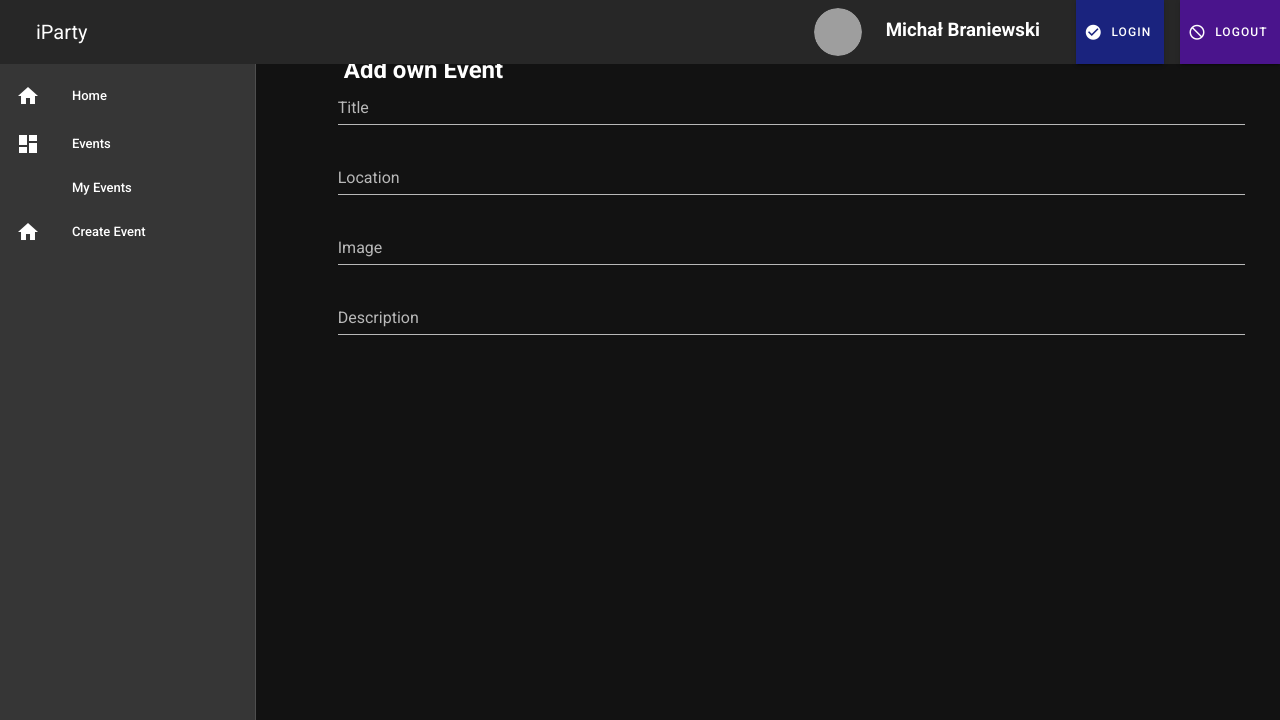
Repository: hexanek/partyapp
Page: /#/addevent
The author's editor kept a copy of each file at every save. The page is drawn from the files as they stood at one save, then again after the next save.
The browser window is 1280 px wide. The pictures show the whole page.
Pictures or frames that could not be fetched are drawn as grey boxes. The project was rebuilt for these pictures with package versions that can differ from the ones it lists, and the page was loaded fresh each time. Also part of the build but not shown: vue.config.js, src/components/Popup.vue, src/components/Gmap.vue, src/components/Home.vue.

Above is the page before, as saved 2020-01-26 14:29:42.

### public/index.html
<!DOCTYPE html>
<html lang="en">
  <head>
    <meta charset="utf-8">
    <meta http-equiv="X-UA-Compatible" content="IE=edge">
    <meta name="viewport" content="width=device-width,initial-scale=1.0">
    <link rel="icon" href="<%= BASE_URL %>favicon.ico">
    <title>party-app</title>
    <link rel="stylesheet" href="https://fonts.googleapis.com/css?family=Roboto:100,300,400,500,700,900">
    <link rel="stylesheet" href="https://cdn.jsdelivr.net/npm/@mdi/font@latest/css/materialdesignicons.min.css">
  </head>
  <body>
    <noscript>
      <strong>We're sorry but party-app doesn't work properly without JavaScript enabled. Please enable it to continue.</strong>
    </noscript>
    <div id="app"></div>
    <!-- built files will be auto injected -->
  </body>
</html>

### src/main.js
import Vue from 'vue'
import App from './App.vue'
import vuetify from './plugins/vuetify';
import store from './store'
import router from './router'

Vue.config.productionTip = false

new Vue({
  vuetify,
  store,
  router,
  render: h => h(App)
}).$mount('#app')

### src/App.vue
<template>
  <v-app>
    <navbar>
    </navbar>
    <Footer>
    </Footer>
    <router-view></router-view>
  </v-app>
</template>

<script>
import Navbar from "./components/Navbar";
import Footer from "./components/Footer";


export default {
  name: "App",

  components: {
    Navbar,
    Footer,
  },

  data: () => ({
    //
  }),
  methods: {}
};
</script>

### src/plugins/vuetify.js
import Vue from "vue";
import Vuetify from "vuetify/lib";
import VueRouter from "vue-router";
import * as VueGoogleMaps from "vue2-google-maps";

Vue.use(Vuetify);
Vue.use(VueRouter);
Vue.use(VueGoogleMaps, {
  load: {
    key: "AIzaSyB6QzBesMB_MjqmuZF1p7hpCl8gg4kMEy8",
    libraries: "places"
  }
});

export default new Vuetify({
  theme: {
    dark: true
  }
});

### src/router/index.js
import Vue from "vue";
import VueRouter from "vue-router";
import EventForm from "../components/Event/EventForm.vue";
import Home from "../components/Home.vue";

Vue.use(VueRouter);

const routes = [
  {
    path: "/",
    name: "home",
    component: Home
  },
  {
    path: "/addevent",
    name: "AddEvent",
    component: EventForm

    // route level code-splitting
    // this generates a separate chunk (about.[hash].js) for this route
    // which is lazy-loaded when the route is visited.
    //component: () => import(/* webpackChunkName: "about" */ '../views/About.vue')
  }
];

const router = new VueRouter({
  routes
});
export default router;

### src/components/Navbar.vue
<template>
    <div>
        <v-navigation-drawer
      v-model="drawer"
      app
      clipped
    >
      <v-list dense>
         <v-list-item link>
          <v-list-item-action>
            <v-icon>mdi-home</v-icon>
          </v-list-item-action>
          <v-list-item-content>
            <v-list-item-title>
              <router-link to="/" tag="span">Home</router-link></v-list-item-title>
          </v-list-item-content>
          </v-list-item>
        <v-list-item link>
          <v-list-item-action>
            <v-icon>mdi-view-dashboard</v-icon>
          </v-list-item-action>
          <v-list-item-content>
            <v-list-item-title>Events</v-list-item-title>
          </v-list-item-content>
        </v-list-item>
        <v-list-item link>
          <v-list-item-action>
            <v-icon>mdi-settings</v-icon>
          </v-list-item-action>
          <v-list-item-content>
            <v-list-item-title>My Events</v-list-item-title>
          </v-list-item-content>
        </v-list-item>
         <v-list-item link>
          <v-list-item-action>
            <v-icon>mdi-home</v-icon>
          </v-list-item-action>
          <v-list-item-content>
            <v-list-item-title>
              <router-link to="/addevent" tag="span"> Create Event</router-link>
              </v-list-item-title>
          </v-list-item-content>
        </v-list-item>
      </v-list>
    </v-navigation-drawer>
     <v-app-bar
      flat
      app
      clipped-left
    >
      <v-app-bar-nav-icon class="hidden-sm-and-up" @click.stop="drawer = !drawer" />
      <v-toolbar-title>
        <router-link to="/" tag="span" style="cursor: pointer">iParty</router-link>
        </v-toolbar-title>
      <v-spacer></v-spacer>
      <v-toolbar-items>

        <v-avatar class="ma-2">
      <img
        src="https://cdn.vuetifyjs.com/images/john.jpg"
        alt="John"
      >
    </v-avatar>
        <h3 class="ma-4">Michał Braniewski</h3>
        <v-btn small rounded class="indigo darken-4 mx-5">
          <v-icon dark left>mdi-checkbox-marked-circle</v-icon>
          Login


          </v-btn>
           <v-btn small rounded class="purple darken-4 mx-5 ml-n1 mr-n4">
          <v-icon dark left>mdi-cancel</v-icon>
          Logout


          </v-btn>
      </v-toolbar-items>


    </v-app-bar>
    </div>
</template>

<script>
export default {
  name: "Navbar",
  data: () => ({
    drawer: null
  })
};
</script>

<style lang="scss" scoped>
</style>

### src/components/Footer.vue
<template>
    <div>
        <!-- <v-footer app>
            <span>&copy; 2020</span>
        </v-footer> -->
    </div>
</template>

<script>
    export default {
        name: 'Footer',

        data: () => ({

        })
    }
</script>

<style lang="scss" scoped>

</style>

### src/components/Event/EventForm.vue
<template>
    <div class="content">
        <v-container mt-12 pt-4>
            <v-layout row>
                <v-flex xs-12 offset-sm3 center>
                    <h2>Add own Event</h2>
                </v-flex>
            </v-layout>
            <v-layout row>
                <v-flex xs-12>
                    <form>
                        <v-layout row>
                            <v-flex xs-12 offset-sm3 sm-6>
                                <v-text-field
                                name="title"
                                label="Title"
                                id="title"
                                required></v-text-field>
                            </v-flex>
                        </v-layout>
                         <v-layout row>
                            <v-flex xs-12 offset-sm3 sm-6>
                                <v-text-field
                                name="location"
                                label="Location"
                                id="location"
                                required></v-text-field>
                            </v-flex>
                        </v-layout>
                         <v-layout row>
                            <v-flex xs-12 offset-sm3 sm-3 lg-6>
                                <v-text-field
                                name="imageUrl"
                                label="Image"
                                required
                                id="image"
                                ></v-text-field>
                            </v-flex>
                        </v-layout>
                         <v-layout row>
                            <v-flex xs-12 offset-sm3 sm-6>
                                <v-text-field
                                name="description"
                                label="Description"
                                id="description"
                                required></v-text-field>
                            </v-flex>
                        </v-layout>
                    </form>
                </v-flex>
            </v-layout>
        </v-container>
    </div>
</template>

<script>
export default {
  name: "EventForm",
  data: () => ({
    return: {}
  })
};
</script>

<style lang="scss" scoped>
.content {
  justify-content: center;
}
</style>

Loaded but not shown: src/store/index.js (common file)

After the next save:
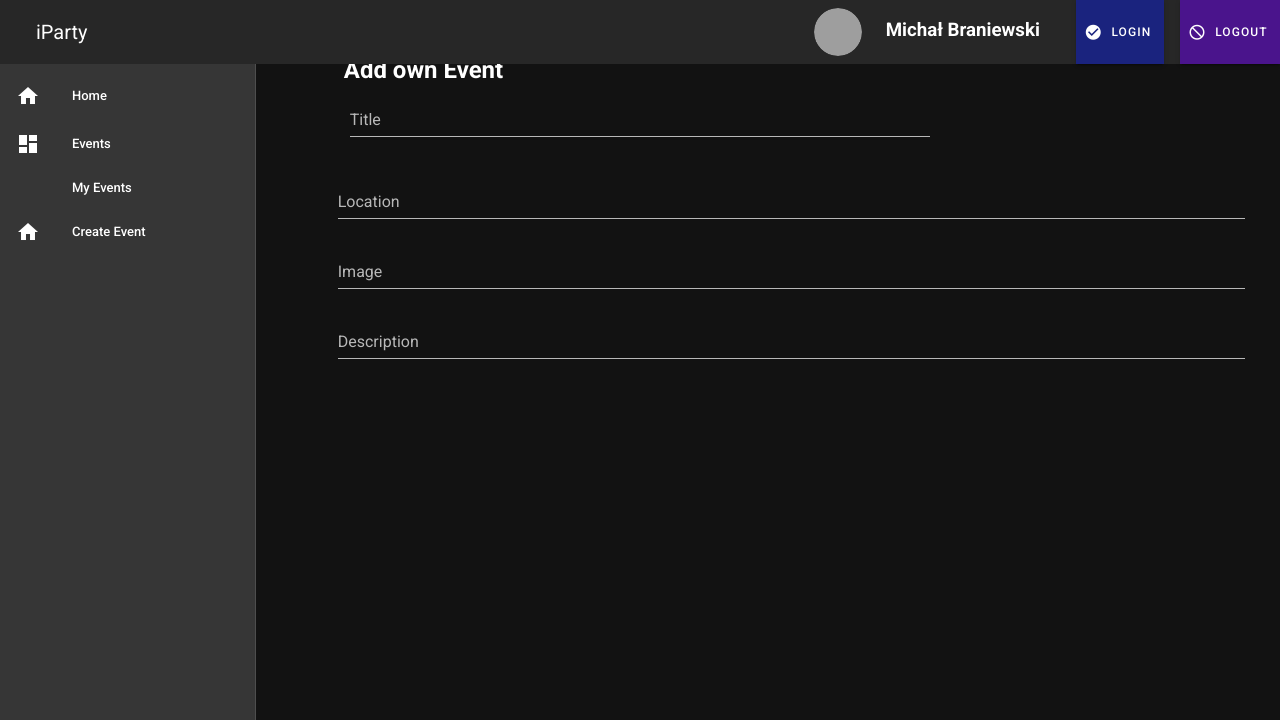
Saved 40 s later.
--- a/src/components/Event/EventForm.vue
+++ b/src/components/Event/EventForm.vue
@@ -10,7 +10,7 @@
                 <v-flex xs-12>
                     <form>
                         <v-layout row>
-                            <v-flex xs-12 offset-sm3 sm-6>
+                            <v-flex xs-12 offset-sm3 sm-6 col-6>
                                 <v-text-field
                                 name="title"
                                 label="Title"
